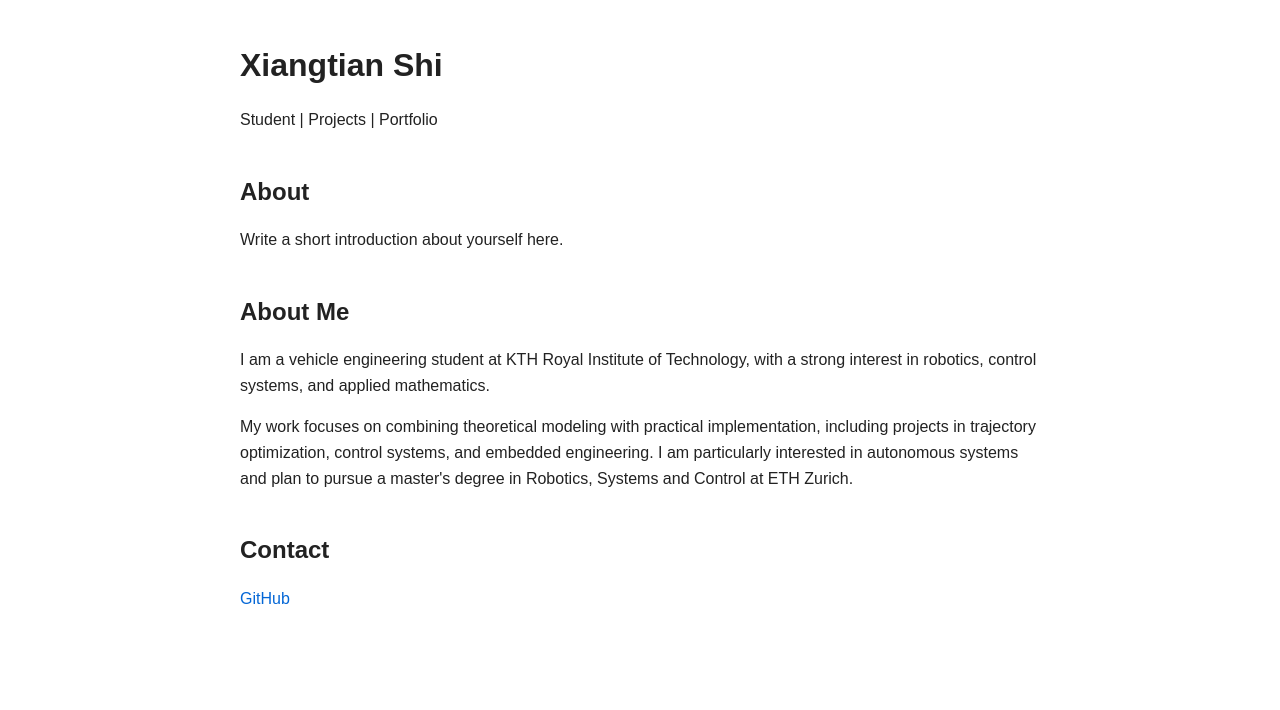
Repository: xitisch/xitisch.github.io
Page: index.html
These files come from the project's save history. The page is drawn as it stood at one moment and after the next save; the edit follows.
The browser window is 1280 px wide. The pictures show the whole page.

Above is the page before, as saved 2026-04-21 22:04:13.

After the next save:
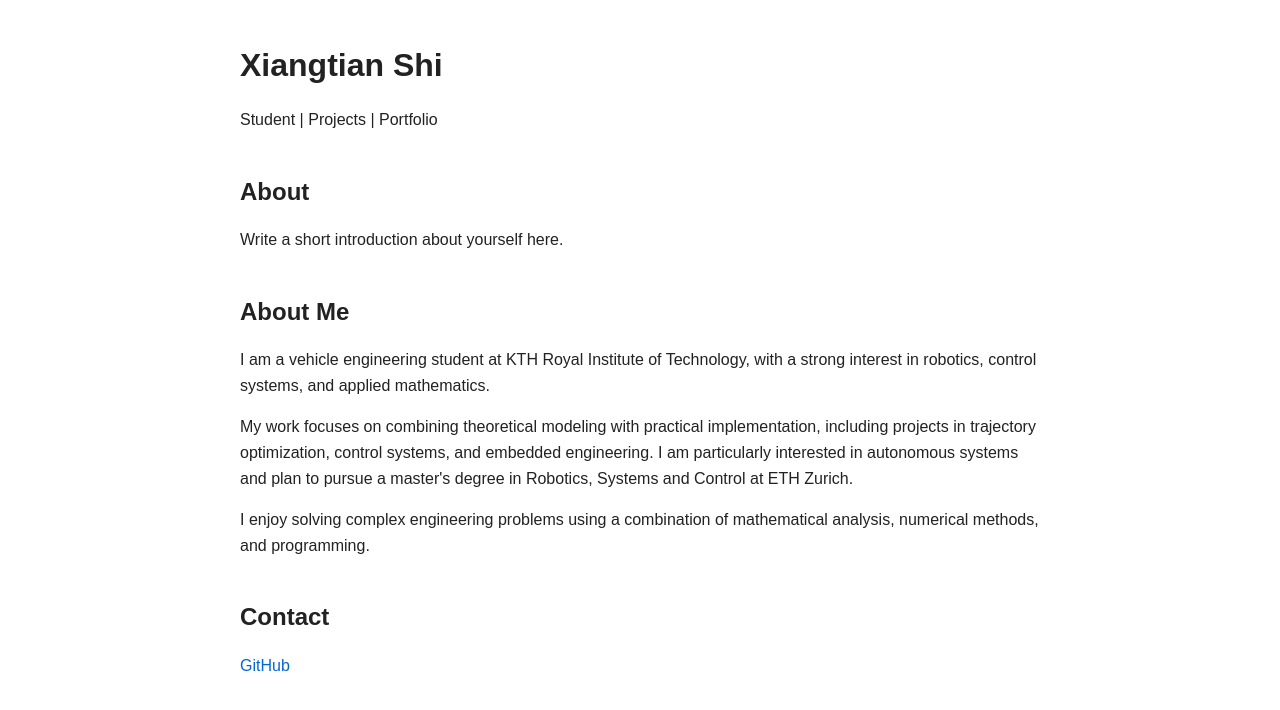
Saved 10 s later.
--- a/index.html
+++ b/index.html
@@ -40,7 +40,10 @@
       autonomous systems and plan to pursue a master's degree in Robotics,
       Systems and Control at ETH Zurich.
     </p>
-
+      <p>
+    I enjoy solving complex engineering problems using a combination of
+    mathematical analysis, numerical methods, and programming.
+  </p>
   </div>
 
   <div class="section">
